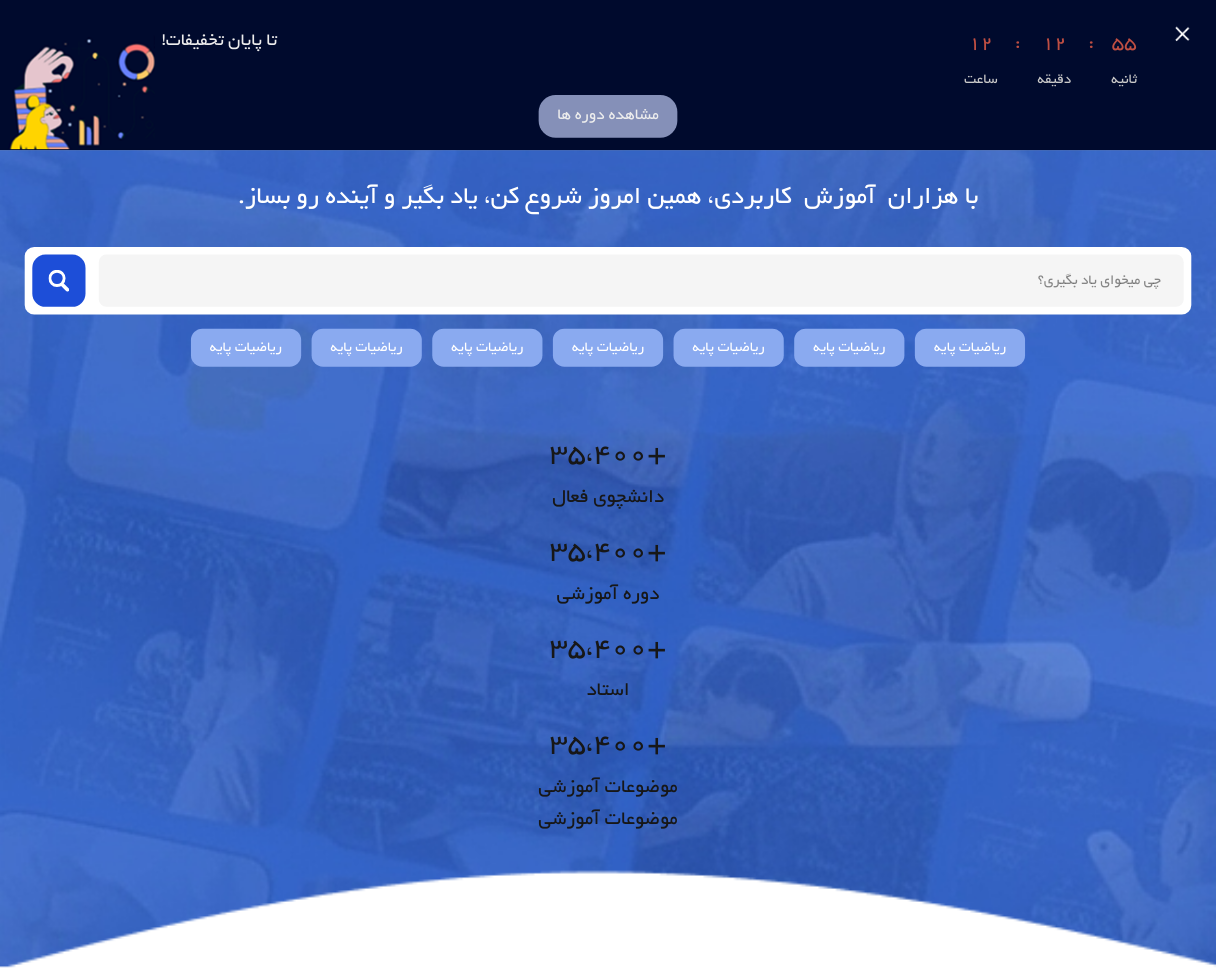
Repository: sinafath/fradars
Page: /
The author's editor kept a copy of each file at every save. The page is drawn from the files as they stood at one save, then again after the next save.
The browser window is 1280 px wide. The pictures show the whole page, at 95% of full size.
The project was rebuilt for these pictures with package versions that can differ from the ones it lists, and the page was loaded fresh each time. The framework's server and built-in components were replaced by stand-ins that run in the browser. Also part of the build but not shown: next.config.ts.

Above is the page before, as saved 2025-09-21 20:19:41.

### src/app/layout.tsx
import type { Metadata } from "next";
import localFont from 'next/font/local'

const myFont = localFont({
  src: '../../public/BYEKAN.ttf',
})
import "./globals.css";

console.log(myFont)

export const metadata: Metadata = {
  title: "Fradars",
  description: "tutoring website",
};

export default function RootLayout({
  children,
}: Readonly<{
  children: React.ReactNode;
}>) {
  return (
    <html lang="fa" dir="rtl" className={myFont.className}>
      <body
      >
        {children}
      </body>
    </html>
  );
}

### src/app/page.tsx
import { Center, Column, Row } from "@/components/core";
import Image from "next/image";

export default function Home() {
  return (
    <div>
      <div className="w-full relative flex justify-center bg-[#000A2D] h-[158px] ">
        <Image
          aria-hidden
          className="absolute left-0"
          src="/1.png"
          alt="File icon"
          width={163}
          height={157}
        />
        <Image
          aria-hidden
          className="absolute top-[28px] start-[28px]"
          src="/2.png"
          alt="File icon"
          width={15}
          height={15}
        />
        <Row className="top-[30px] absolute start-[83px] gap-[18px] h-[58px]" align="start" >
          <Column className="gap-[20px] text-center">
            <span className="text-[22px]  h-[22px]  text-[#BF4F43]">۵۵</span>
            <span className="text-[#C9C9C9] text-[16px]">ثانیه</span>
          </Column >
          <span className="text-[22px] text-[#BF4F43]">:</span>
          <Column className="gap-[20px] text-center">
            <span className="text-[22px] h-[22px]  text-[#BF4F43]">۱۲</span>
            <span className="text-[#C9C9C9] text-[16px]">دقیقه</span>
          </Column >
          <span className="text-[22px] text-[#BF4F43]">:</span>
          <Column className="gap-[20px] text-center">
            <span className="text-[22px] h-[22px]  text-[#BF4F43]">۱۲</span>
            <span className="text-[#C9C9C9] text-[16px]">ساعت</span>
          </Column >

        </Row>
        <p className=" absolute top-[29px] end-[170px] text-[#EDEDED] text-[20px]">تا پایان تخفیفات!</p>
        <button className=" w-[146px] h-[45px] bg-[#8590B8] rounded-[18px] absolute bottom-[13px] text-[18px] text-[#EDEDED]">مشاهده دوره ها</button>
      </div>
      <Column className="relative text-center">
        <h1 className="text-[28px] text-white pt-[30px] px-[62px]"> با هزاران  آموزش‌  کاربردی، همین امروز شروع کن،
          یاد بگیر و آینده رو بساز.</h1>
        <Row className="mt-[30px] w-[calc(100%-52px)] bg-white p-[8px] gap-[14px] h-[71px] mx-[26px] rounded-[10px]" >
          <input type="text" className="bg-[#F5F5F5] flex-1 h-full rounded-[8px] px-[24px] " placeholder="چی میخوای یاد بگیری؟" />
          <Center className="bg-[#1D4ED8] w-[56px] h-full rounded-[14px]">
            <img src="/4.svg" />
          </Center>
        </Row>
        <Row className="flex-wrap gap-x-[11px] gap-y-[15px] mt-[15px] justify-center ">
          <div className="rounded-[12px] text-[16px] px-[20px] py-[8px] bg-[#8AAAF0] text-white"> ریاضیات پایه </div>
          <div className="rounded-[12px] text-[16px] px-[20px] py-[8px] bg-[#8AAAF0] text-white"> ریاضیات پایه </div>
          <div className="rounded-[12px] text-[16px] px-[20px] py-[8px] bg-[#8AAAF0] text-white"> ریاضیات پایه </div>
          <div className="rounded-[12px] text-[16px] px-[20px] py-[8px] bg-[#8AAAF0] text-white"> ریاضیات پایه </div>
          <div className="rounded-[12px] text-[16px] px-[20px] py-[8px] bg-[#8AAAF0] text-white"> ریاضیات پایه </div>
          <div className="rounded-[12px] text-[16px] px-[20px] py-[8px] bg-[#8AAAF0] text-white"> ریاضیات پایه </div>
          <div className="rounded-[12px] text-[16px] px-[20px] py-[8px] bg-[#8AAAF0] text-white"> ریاضیات پایه </div>
        </Row>
        <Image
          aria-hidden
          className="absolute top-0 start-0 w-full z-[-1]"
          src="/3.png"
          alt="File icon"
          width={560}
          height={377}
        />
      </Column>
      <Column className="gap-[17px] text-center pt-[70px] ">
        <Column className="gap-[4px]">
          <div className="text-[32px]"> +۳۵،۴۰۰</div>
          <div className="text-[22px]">دانشچوی فعال</div>
        </Column>
        <Column className="gap-[4px]">
          <div className="text-[32px]">  +۳۵،۴۰۰ </div>
          <div className="text-[22px]"> دوره آموزشی</div>
        </Column>
        <Column className="gap-[4px]">
          <div className="text-[32px]"> +۳۵،۴۰۰</div>
          <div className="text-[22px]"> استاد</div>
        </Column>
        <Column className="gap-[4px]">
          <div className="text-[32px]"> +۳۵،۴۰۰</div>
          <div className="text-[22px]"> موضوعات آموزشی</div>
        </Column>
      </Column>
      <Row justify="around">
        <h3 className="text-[22px]">موضوعات آموزشی</h3>
      </Row>
    </div>
  );
}

### src/app/globals.css

@import "tailwindcss";

:root {
  --background: #ffffff;
  --foreground: #171717;
}

@theme inline {
  --color-background: var(--background);
  --color-foreground: var(--foreground);
}
@layer base {
  *{
    @apply box-border; /* Ensures box-sizing: border-box */
  }
}
@media (prefers-color-scheme: dark) {
  :root {
    --background: #0a0a0a;
    --foreground: #ededed;
  }
}


body {
  background: var(--background);
  color: var(--foreground);
  font-weight: normal;
}

### src/components/core.tsx
import { cn } from "@/lib/utils";
import { ReactNode } from "react";

type AlignItems = 'start' | 'center' | 'end' | 'baseline' | 'stretch';
type JustifyContent = 'start' | 'center' | 'end' | 'between' | 'around' | 'evenly';

interface FlexProps {
    children?: ReactNode;
    className?: string;
    align?: AlignItems;
    justify?: JustifyContent;
}

const alignClasses: Record<AlignItems, string> = {
    start: 'items-start',
    center: 'items-center',
    end: 'items-end',
    baseline: 'items-baseline',
    stretch: 'items-stretch',
};

const justifyClasses: Record<JustifyContent, string> = {
    start: 'justify-start',
    center: 'justify-center',
    end: 'justify-end',
    between: 'justify-between',
    around: 'justify-around',
    evenly: 'justify-evenly',
};

interface CenterProps {
    children: ReactNode;
    className?: string;
}

function Center({ children, className }: CenterProps) {
    return (
        <div className={cn('flex items-center justify-center', className)}>
            {children}
        </div>
    );
}

function Row({
    children,
    className,
    align = 'center',
    justify = 'start',
    ...props
}: FlexProps) {
    return (
        <div
            className={cn('flex flex-row', alignClasses[align], justifyClasses[justify], className)}
            {...props}
        >
            {children}
        </div>
    );
}

function Column({
    children,
    className,
    align = 'center',
    justify = 'start',
    ...props
}: FlexProps) {
    return (
        <div
            className={cn('flex flex-col', alignClasses[align], justifyClasses[justify], className)}
            {...props}
        >
            {children}
        </div>
    );
}

export { Column, Center, Row };

Loaded but not shown: src/lib/utils.ts (common file)

After the next save:
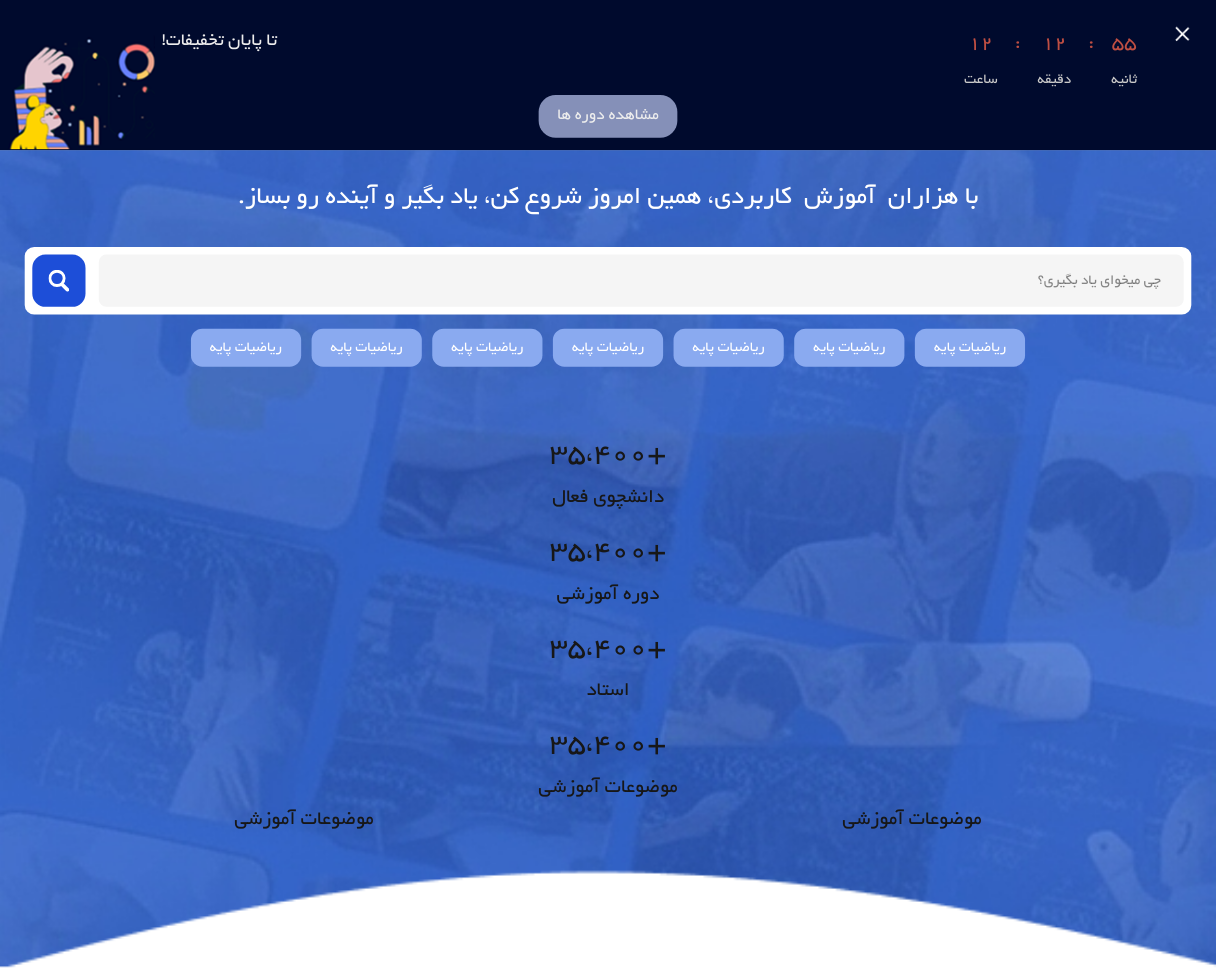
Saved 9 s later.
--- a/src/app/page.tsx
+++ b/src/app/page.tsx
@@ -88,6 +88,8 @@
       </Column>
       <Row justify="around">
         <h3 className="text-[22px]">موضوعات آموزشی</h3>
+                <h3 className="text-[22px]">موضوعات آموزشی</h3>
+
       </Row>
     </div>
   );
